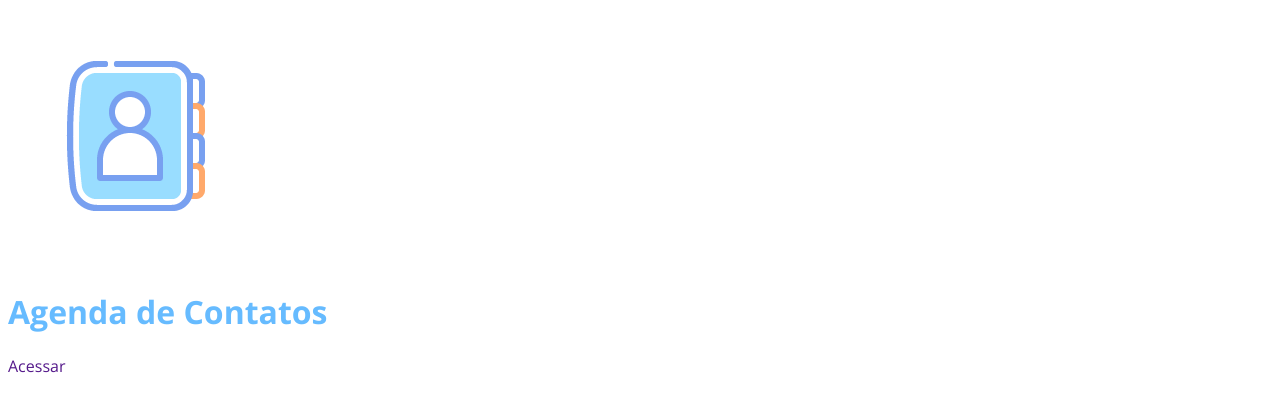
Repository: MarcoMoura21/agenda
Page: http://localhost/agenda/
An editor plug-in stored every save of this project. The page is shown before and after the next save, followed by the edit.
The browser window is 1280 px wide. The pictures show the whole page.
The page is served by Tomcat 9.

Above is the page before, as saved 2022-10-11 05:40:40.

After the next save:
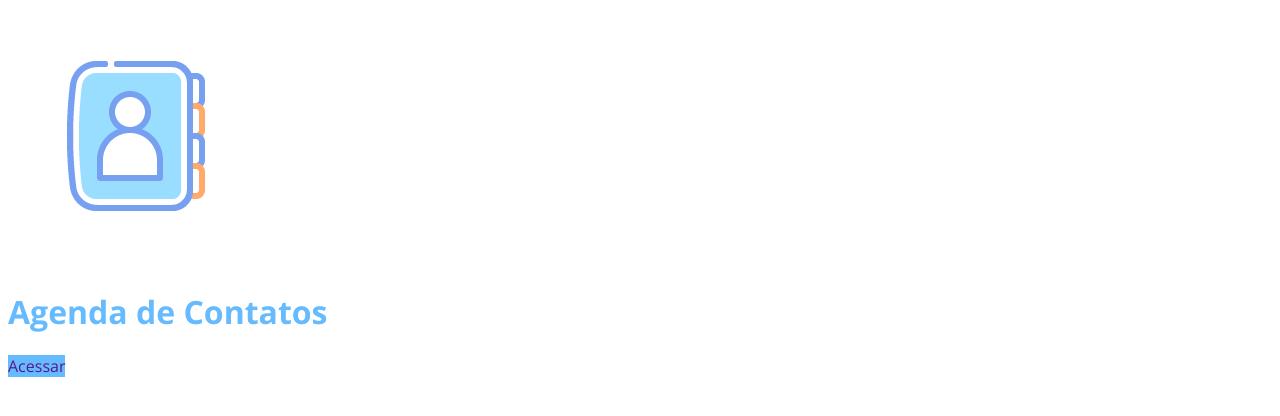
Saved 22 s later.
--- a/agenda/src/main/webapp/style.css
+++ b/agenda/src/main/webapp/style.css
@@ -13,6 +13,6 @@ h1 {
 
 .botao1{
 	text-decoration: none;
-	backgroud-color: #66bbff;
+	background-color: #66bbff;
 	padding: 5px, 10px, 5px, 10px;
 }
